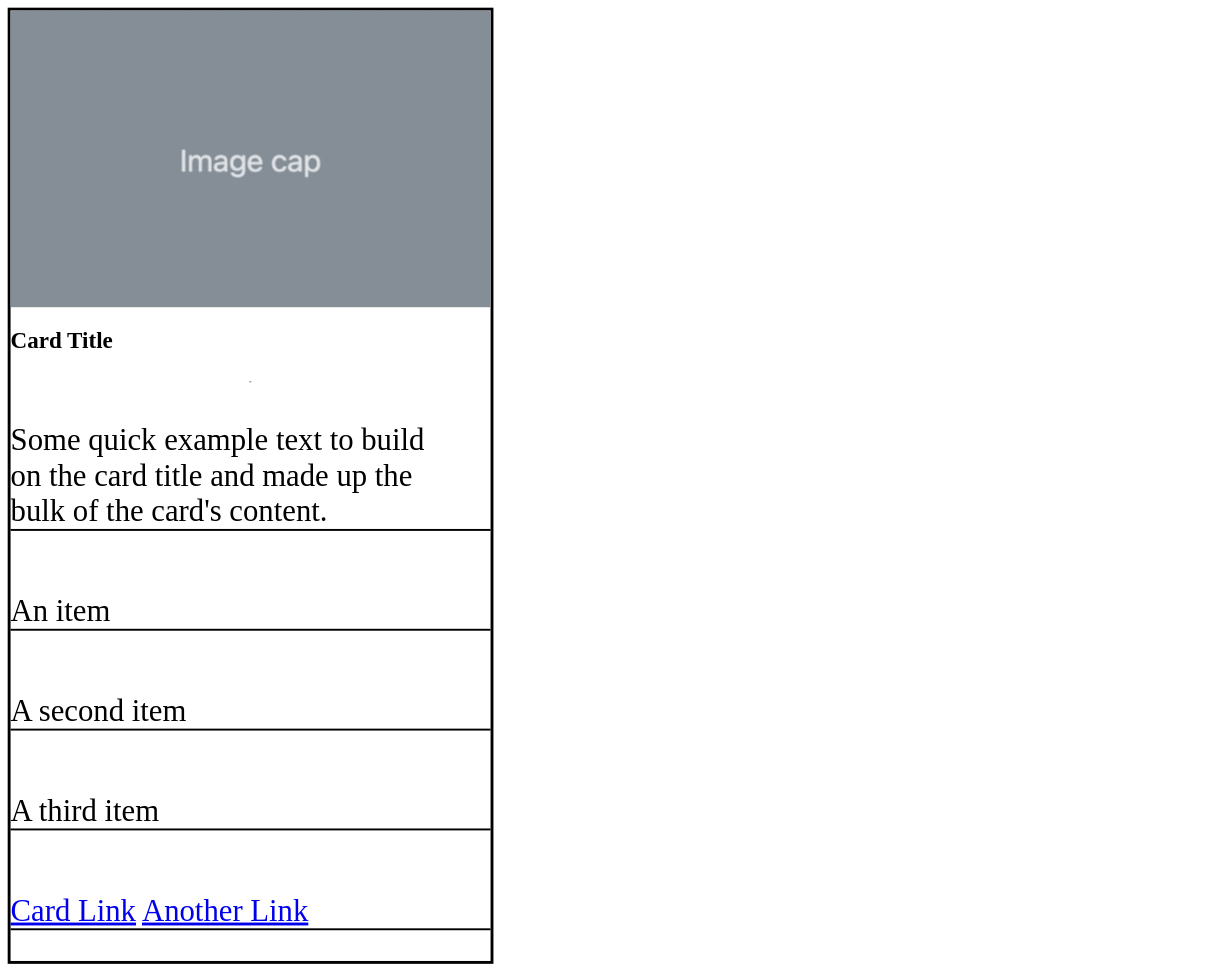
Repository: tr2cky/nav
Page: card.html
The author's editor kept a copy of each file at every save. The page is drawn from the files as they stood at one save, then again after the next save.
The browser window is 1280 px wide. The pictures show the whole page, at 96% of full size.

Above is the page before, as saved 2022-09-27 16:16:37.

After the next save:
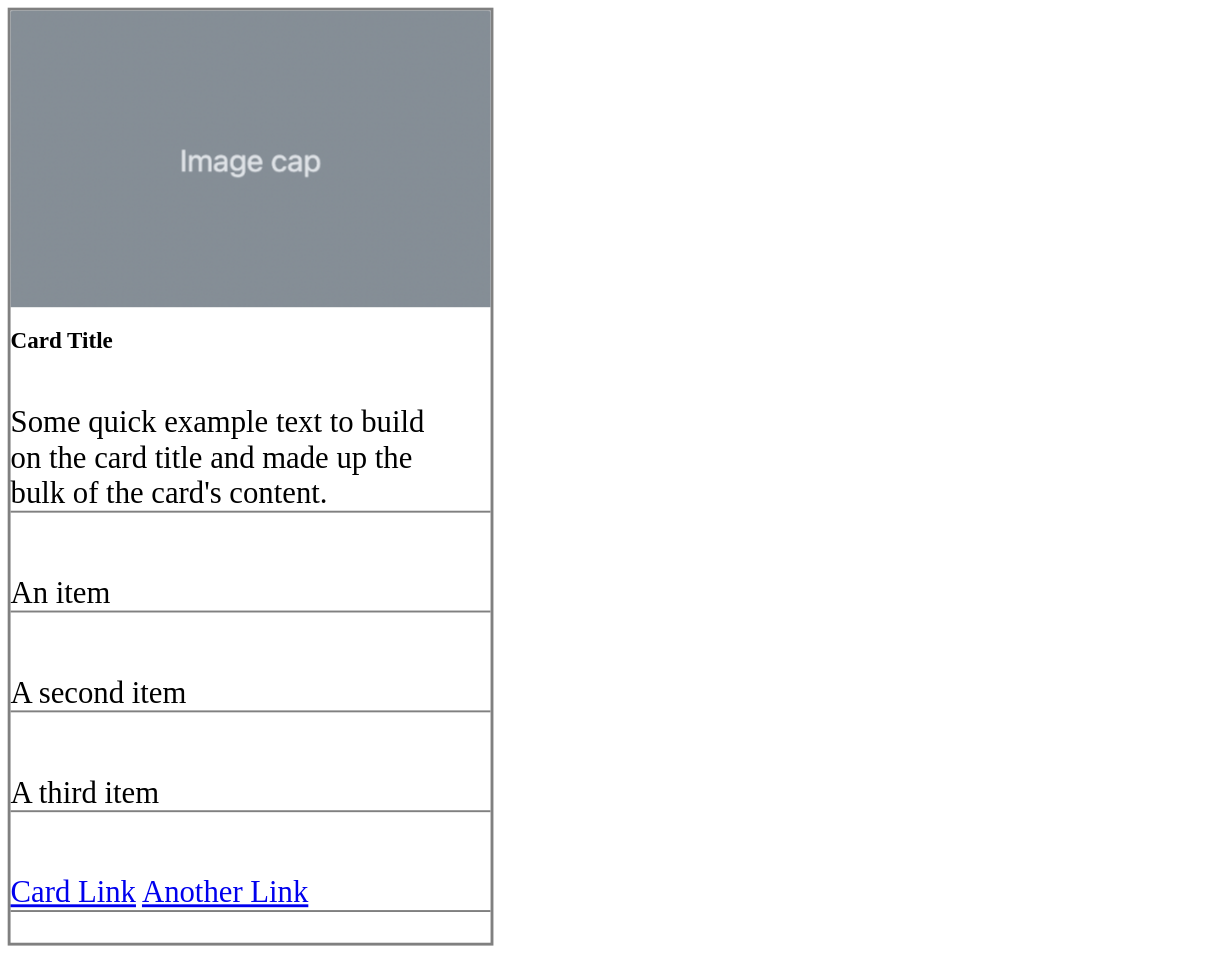
Saved 46 s later.
--- a/card.html
+++ b/card.html
@@ -13,7 +13,6 @@
     <article class="container">
         <img src="imagecap.png" alt="Image Cap">
         <h2>Card Title</h2>
-        <hr>
         <p>Some quick example text to build <br>
             on the card title and made up the <br>
             bulk of the card's content.</p>
--- a/style.css
+++ b/style.css
@@ -1,7 +1,7 @@
 .container {
     display: flex;
     flex-direction: column;
-    border: 3px solid black;
+    border: 3px solid gray;
     max-width: 500px;
     gap: 1px;
 }
@@ -10,5 +10,5 @@
 }
 .container > p {
     font-size: 2rem;
-    border-bottom: 2px solid black;
+    border-bottom: 2px solid gray;
 }
